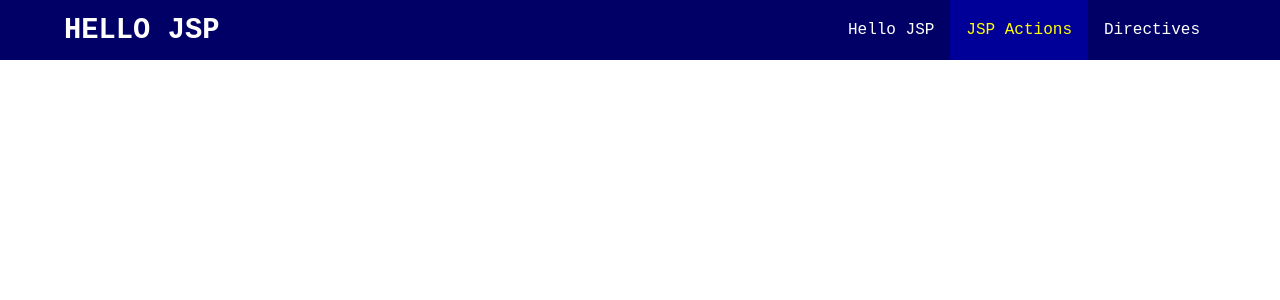
Repository: aungmyattthu/javaWeb
Page: http://localhost/HelloJsp/actions.jsp?forward=1
These files come from the project's save history. The page is drawn as it stood at one moment and after the next save; the edit follows.
The browser window is 1280 px wide. The pictures show the whole page.
The page is served by Tomcat 9.

Above is the page before, as saved 2023-04-21 17:15:01.

After the next save:
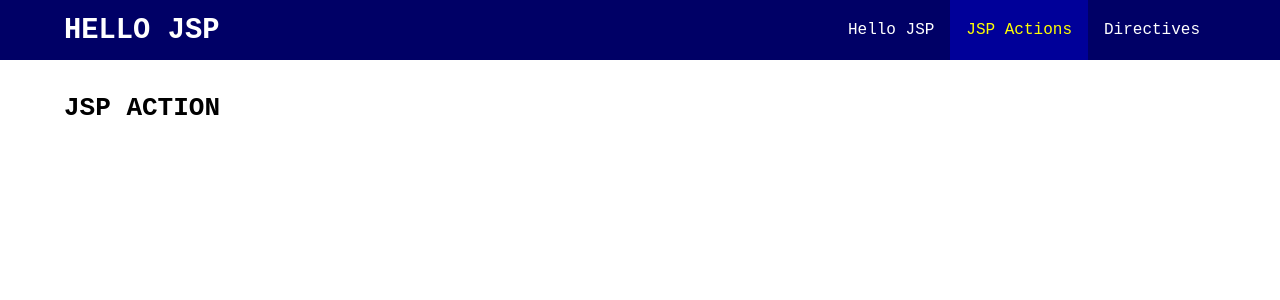
Saved 25 s later.
--- a/HelloJsp/src/main/webapp/actions.jsp
+++ b/HelloJsp/src/main/webapp/actions.jsp
@@ -11,5 +11,8 @@
 	<jsp:include page="resources/nav-bar.jsp">
 		<jsp:param value="actions" name="page"/>
 	</jsp:include>
+	<main>
+		<h1>JSP ACTION</h1>
+	</main>
 </body>
 </html>
